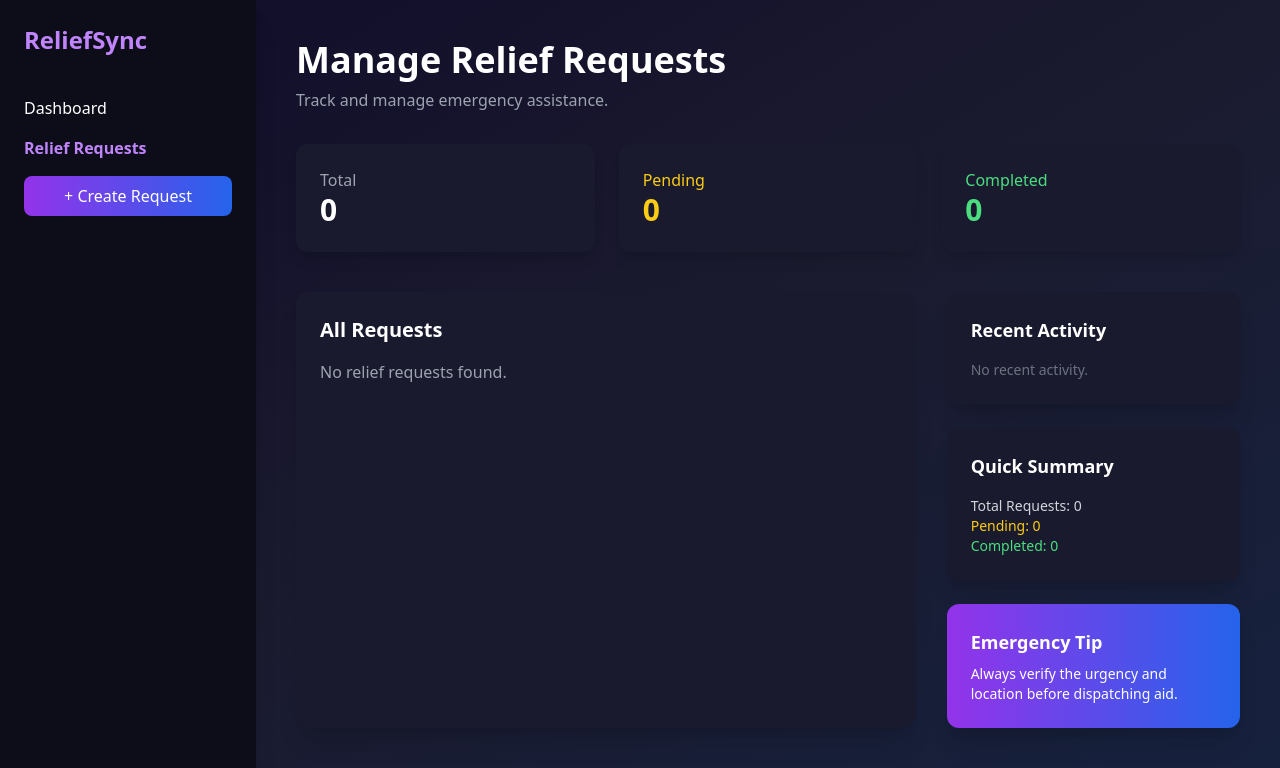
Repository: Gazal1116/Reliefsync
Page: /request (app in Frontend/)
An editor plug-in stored every save of this project. The page is shown before and after the next save, followed by the edit.
The browser window is 1280 px wide. The pictures show the whole page.
The page's requests for data from a server got no answer. The project was rebuilt for these pictures with package versions that can differ from the ones it lists, and the page was loaded fresh each time. No one was signed in, and anything a server would have sent is missing. Also part of the build but not shown: Frontend/vite.config.js, Frontend/src/components/register.jsx, Frontend/src/components/login.jsx.

Above is the page before, as saved 2026-03-03 17:53:30.

After the next save:
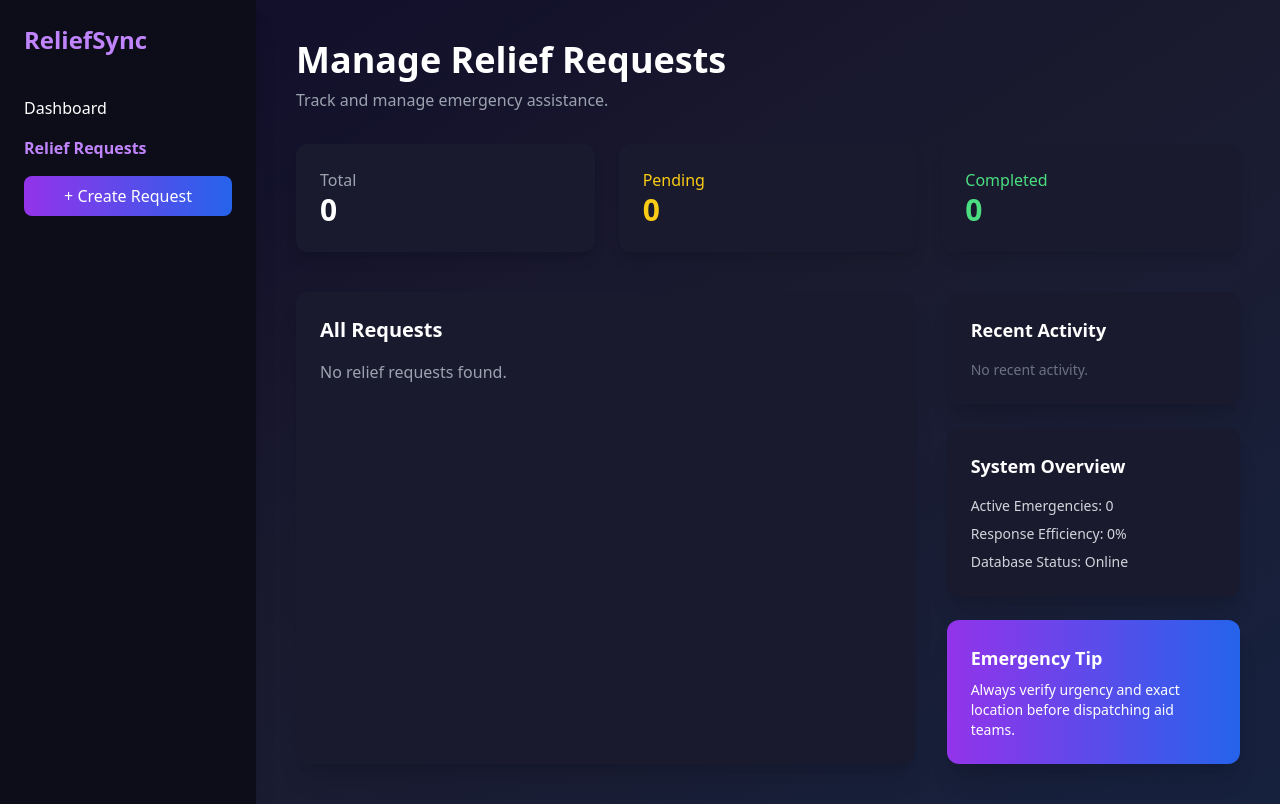
Saved 2 min 54 s later.
--- a/Frontend/src/components/reliefrequest.jsx
+++ b/Frontend/src/components/reliefrequest.jsx
@@ -168,7 +168,7 @@ const ReliefRequests = () => {
             )}
           </div>
 
-          {/* RIGHT SIDE PANEL */}
+          {/* RIGHT PANEL */}
           <div className="space-y-6">
 
             {/* Recent Activity */}
@@ -188,19 +188,25 @@ const ReliefRequests = () => {
               )}
             </div>
 
-            {/* Quick Summary */}
+            {/* System Overview (No Duplicate Stats) */}
             <div className="bg-[#1a1a2e] p-6 rounded-xl shadow-xl">
               <h3 className="text-lg font-semibold mb-4">
-                Quick Summary
+                System Overview
               </h3>
+
+              <p className="text-sm text-gray-300 mb-2">
+                Active Emergencies: {pending}
+              </p>
+
+              <p className="text-sm text-gray-300 mb-2">
+                Response Efficiency:{" "}
+                {total === 0
+                  ? "0%"
+                  : Math.round((completed / total) * 100) + "%"}
+              </p>
+
               <p className="text-sm text-gray-300">
-                Total Requests: {total}
-              </p>
-              <p className="text-sm text-yellow-400">
-                Pending: {pending}
-              </p>
-              <p className="text-sm text-green-400">
-                Completed: {completed}
+                Database Status: Online
               </p>
             </div>
 
@@ -210,12 +216,11 @@ const ReliefRequests = () => {
                 Emergency Tip
               </h3>
               <p className="text-sm">
-                Always verify the urgency and location before dispatching aid.
+                Always verify urgency and exact location before dispatching aid teams.
               </p>
             </div>
 
           </div>
-
         </div>
       </div>
 
